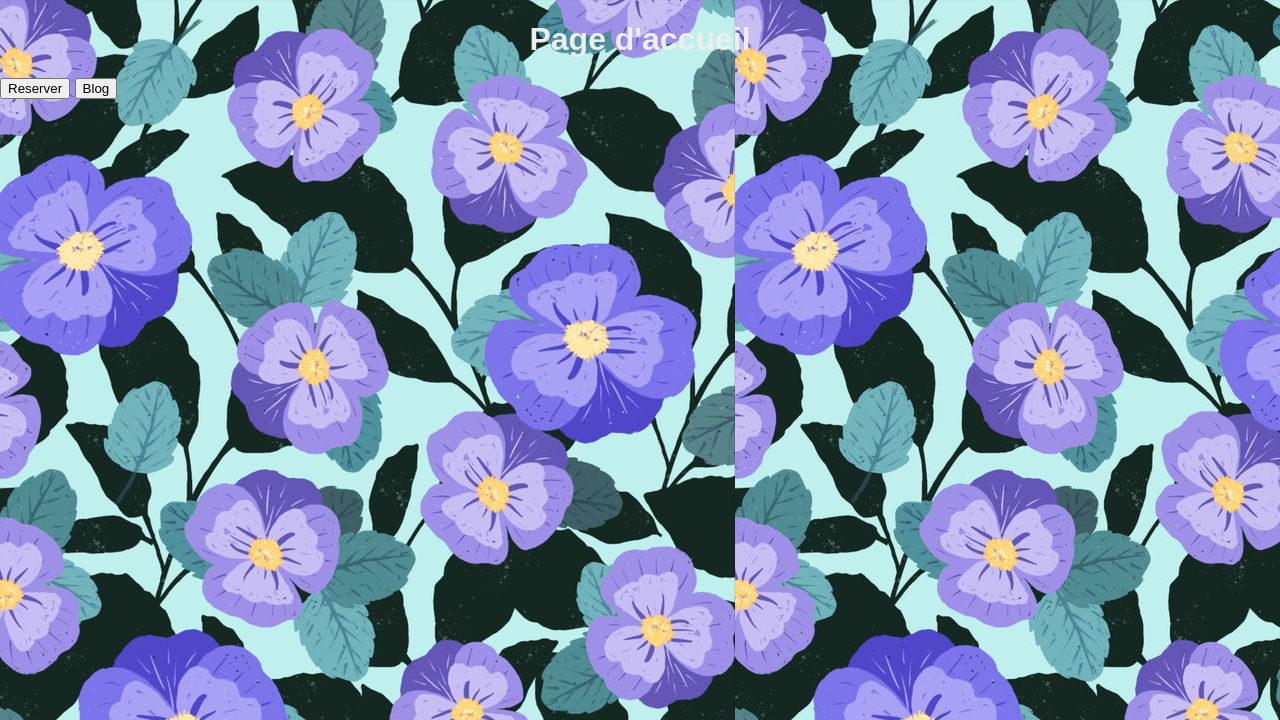
Repository: Crosnierpaul/Les_Rangers_de_Pouvoir
Page: http://localhost/
An editor plug-in stored every save of this project. The page is shown before and after the next save, followed by the edit.
The browser window is 1280 px wide. The pictures show the whole page.
The page is served by the project's Node server (server.js). Other server files are loaded and not shown.

Above is the page before, as saved 2024-04-25 16:22:39.

### site/public/index.html
<!DOCTYPE html>
<html lang="en">
<head>
    <meta charset="UTF-8">
    <meta name="viewport" content="width=device-width, initial-scale=1.0">
    <title>Accueil</title>
    <link rel="stylesheet" href="css/style.css">
</head>
<body>
    <h1>Page d'accueil</h1>
    <button onclick="window.location.href = '/reservation';">Reserver</button>
    <button onclick="window.location.href = '/blog';">Blog</button>
</body>
</html>

### site/server.js
const express = require('express');
const mongoose = require('mongoose');
const semainesRoutes = require('./routes/semainesRoutes');
const articleRoutes = require('./routes/articleRoutes');
const reservationsRoutes = require('./routes/reservationsRoutes');
const path = require('path');

const app = express();
const PORT = process.env.PORT || 3000;

//----------- Connect to MongoDB -----------//
mongoose.connect('mongodb://localhost:27017/siteDB', { useNewUrlParser: true, useUnifiedTopology: true })
    .then(() => {
        console.log('Connected to MongoDB');
        app.listen(PORT, () => {
            console.log(`Server is running on port ${PORT}`);
        });
    })
    .catch(err => console.error('Error connecting to MongoDB:', err));

//----------- Middleware -----------//
app.use(express.json());

app.use(express.static(path.join(__dirname, 'public')));

//----------- View engine setup -----------//
// Utilisez le chemin absolu pour spécifier le dossier "views"
app.set('views', path.join(__dirname, 'public', 'views'));

// Définissez EJS comme moteur de vue
app.set('view engine', 'ejs');

//----------- Routes -----------//
app.use('/semaines', semainesRoutes);
app.use('/reservations', reservationsRoutes);
app.use('/articles', articleRoutes);

app.get('/', (req, res) => {
    res.render('index'); // Rend le fichier "index.ejs" dans le dossier "views"
});

app.get('/blog', (req, res) => {
    res.render('blog'); // Rend le fichier "blog.ejs" dans le dossier "views"
});

app.get('/reservation', (req, res) => {
    res.render('reservation'); // Rend le fichier "reservation.ejs" dans le dossier "views"
});

app.get('/admin', (req, res) => {
    res.render('admin'); // Rend le fichier "admin.ejs" dans le dossier "views"
});

app.get('/adminBlog', (req, res) => {
    res.render('blogAdmin'); // Rend le fichier "blogAdmin.ejs" dans le dossier "views"
});

app.get('/adminReservation', (req, res) => {
    res.render('reservationAdmin'); // Rend le fichier "reservationAdmin.ejs" dans le dossier "views"
});

### site/public/css/style.css
body {
    font-family: Arial, sans-serif;
    margin: 20px;
    padding: 0;
    background-image: url("../images/back2.jpg")
}

h1, h2 {
    text-align: center;
    margin-bottom: 20px;
    color: #eee;
}

p {
    color: #eee;
}

form {
    margin-bottom: 30px;
}

label {
    display: block;
    margin-bottom: 5px;
    color: #ccc;
}

input[type="text"],
textarea,
input[type="file"] {
    width: 100%;
    padding: 10px;
    margin-bottom: 15px;
    border: 1px solid #666;
    border-radius: 4px;
    box-sizing: border-box;
    background-color: #555;
    color: #eee;
}

input[type="submit"],
button[type="submit"] {
    display: inline-block;
    background-color: #999;
    color: #fff;
    padding: 10px 20px;
    margin-bottom: 10px;
    border: none;
    border-radius: 4px;
    cursor: pointer;
}

input[type="submit"]:hover,
button[type="submit"]:hover {
    background-color: #ccc;
    color: #333;
}

#clearArticles,
#deleteArticle {
    margin-right: 10px;
}

@media (max-width: 480px) {
    #deleteArticle,
    #deleteLastArticle {
        width: 100%;
        display: block;
        margin-right: 0;
    }
}

#articlesList {
    background-color: #333;
}

.container {
    max-width: 800px;
    margin: 20px auto;
    background-color: #444;
    border-radius: 8px;
    box-shadow: 0 0 10px rgba(255, 255, 255, 0.1);
}


/*------------------------- ONEPAGE ---------------------------------------------*/

body {
    font-family: Arial, sans-serif;
    margin: 0;
    padding: 0;
    box-sizing: border-box;
    overflow-x: hidden; /* Empêche le défilement horizontal d'apparaître */
}

.navbarHori {
    position: fixed;
    top: 50%; /* Positionne la barre de navigation à 50% du haut de la fenêtre */
    transform: translateY(-50%); /* Déplace la barre de navigation vers le haut de moitié de sa propre hauteur */
    right: 10px; /* Ajoute un espace à droite pour éviter le chevauchement avec la barre de défilement */
    width: 20px; /* Largeur réduite de la barre de navigation */
    height: calc(100vh - 50vh); /* Hauteur de la barre de navigation (100% de la hauteur moins 50% de la hauteur) */
    background-color: #333;
    display: flex;
    flex-direction: column;
    align-items: center;
    justify-content: center;
    border-radius: 15px;
    opacity: 0.2; /* Définit l'opacité initiale à 0 (invisible) */
    transition: opacity 0.3s ease; /* Ajoute une transition sur l'opacité */
}

.navbarHori:hover {
    opacity: 1; /* Rend la barre de navigation visible au survol */
}

.navbarHori a {
    text-decoration: none;
    margin-bottom: 18px; /* Réduit légèrement l'espacement entre les points */
    width: 10px; /* Largeur réduite du point */
    height: 10px; /* Hauteur réduite du point */
    border-radius: 50%; /* Pour rendre le point rond */
    background-color: #fff;
    display: flex;
    align-items: center;
    justify-content: center;
    transition: transform 0.2s ease; /* Ajoute une transition sur la propriété transform */
}

.navbarHori a:hover {
    transform: scale(0.9); /* Réduit légèrement la taille du point au survol */
}

.navbarHori a:active {
    transform: scale(0.8); /* Réduit davantage la taille du point lorsque pressé */
    /* background-color: #666; /* Change la couleur de fond du point lorsque pressé */
    opacity: 0;
}

.section {
    padding: 50px;
    margin-top: 80px; /* Pour éviter que le contenu ne soit caché sous la barre de navigation */
    background-color: #f9f9f9;
    min-height: 100vh; /* Au moins 100% de la hauteur de la fenêtre */
}

.section h1 {
    color: #333;
}

/* Affiche la section correspondante lorsqu'un point est survolé */
.navbarHori a:hover::before {
    content: attr(data-section); /* Affiche le nom de la section */
    position: absolute;
    right: 180%; /* Positionne le texte à gauche de la barre de navigation */
    background-color: rgba(255, 255, 255, 0.9); /* Couleur de fond du texte */
    padding: 5px;
    border-radius: 5px;
    font-size: 14px;
    white-space: nowrap;
}

After the next save:
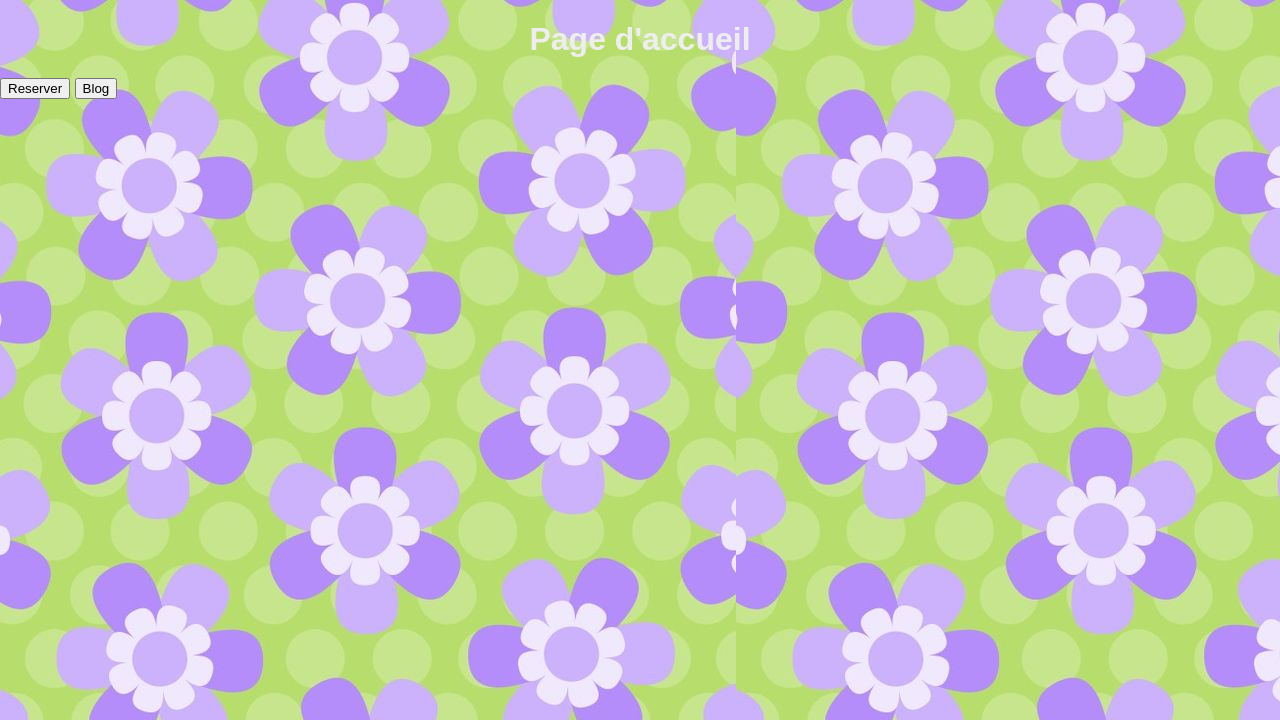
Saved 8 min 48 s later.
--- a/site/public/css/style.css
+++ b/site/public/css/style.css
@@ -2,7 +2,7 @@
     font-family: Arial, sans-serif;
     margin: 20px;
     padding: 0;
-    background-image: url("../images/back2.jpg")
+    background-image: url("../images/back3.jpg")
 }
 
 h1, h2 {
